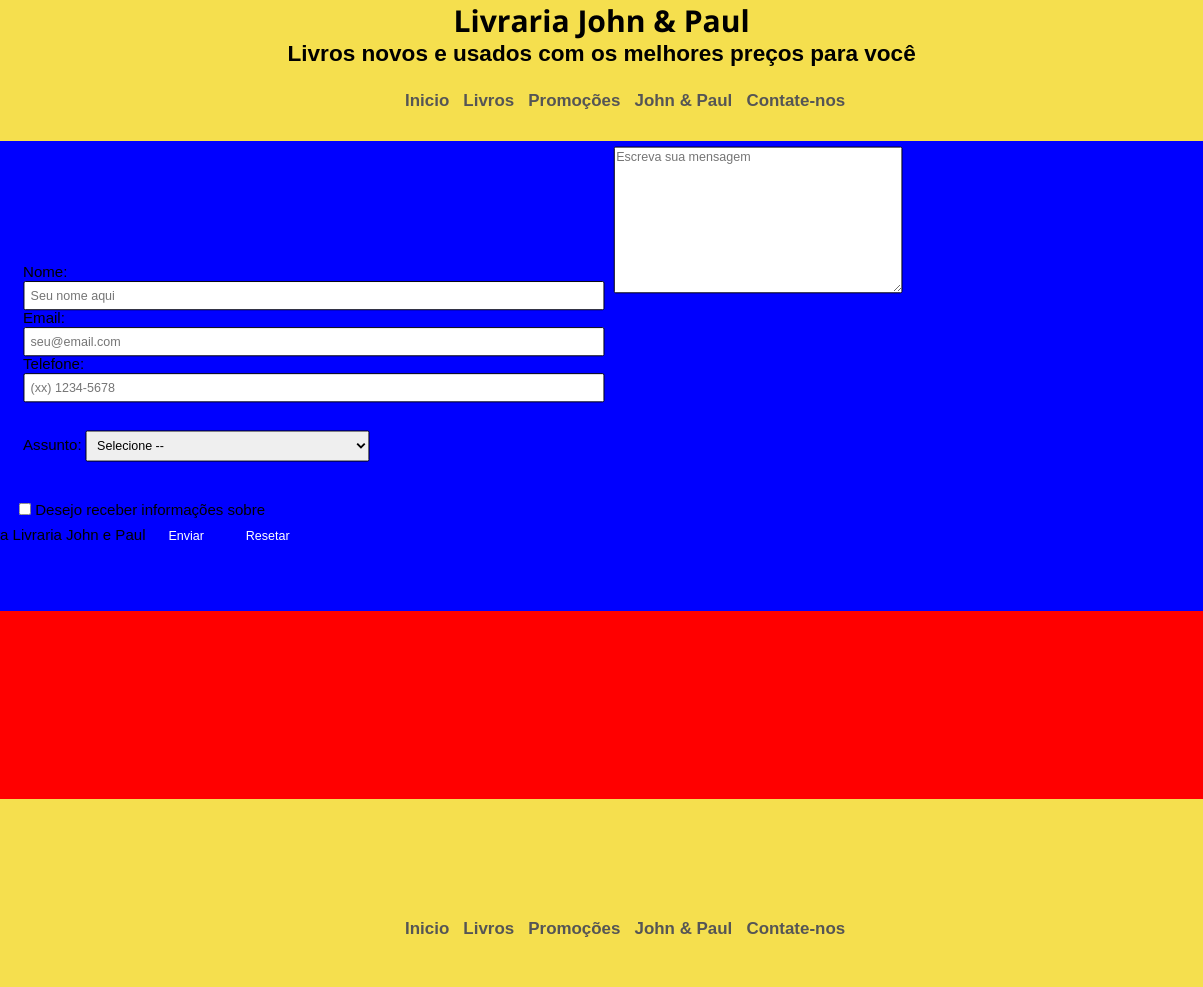
Repository: MarcoantonioCaldeira/Site-livraria-John-e-Paul
Page: contato.html
The author's editor kept a copy of each file at every save. The page is drawn from the files as they stood at one save, then again after the next save.
The browser window is 1280 px wide. The pictures show the whole page, at 94% of full size.

Above is the page before, as saved 2022-09-25 11:34:02.

After the next save:
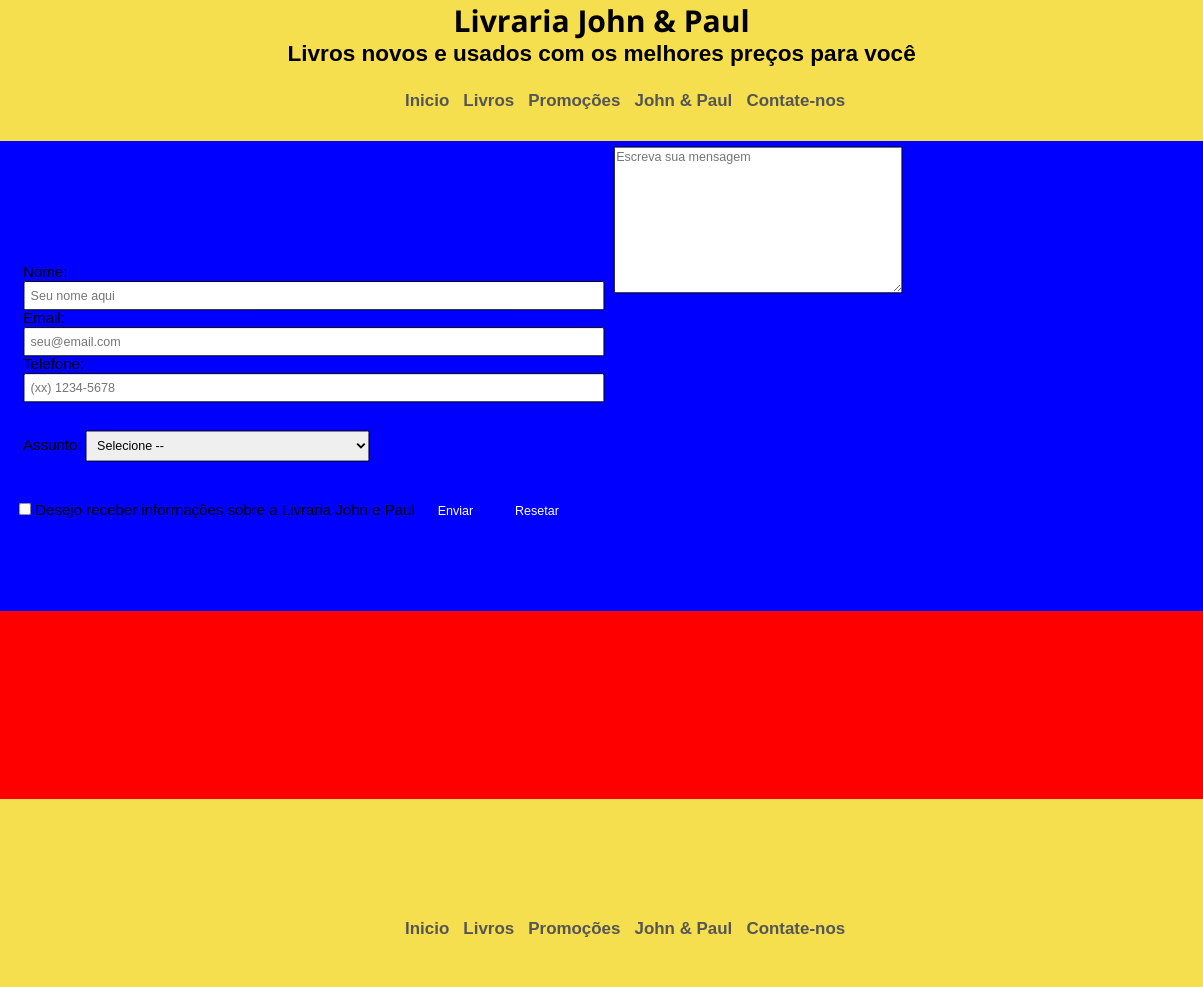
Saved 16 s later.
--- a/contato.html
+++ b/contato.html
@@ -47,7 +47,7 @@
          </div>
       </fieldset>
       <input type="checkbox" name="news" id="news">
-      <label for="news" class="news">Desejo receber informações sobre<br> a Livraria John e Paul</label>
+      <label for="news" >Desejo receber informações sobre a Livraria John e Paul</label>
 
       <button type="submit">Enviar</button>
       <button type="reset">Resetar</button>
